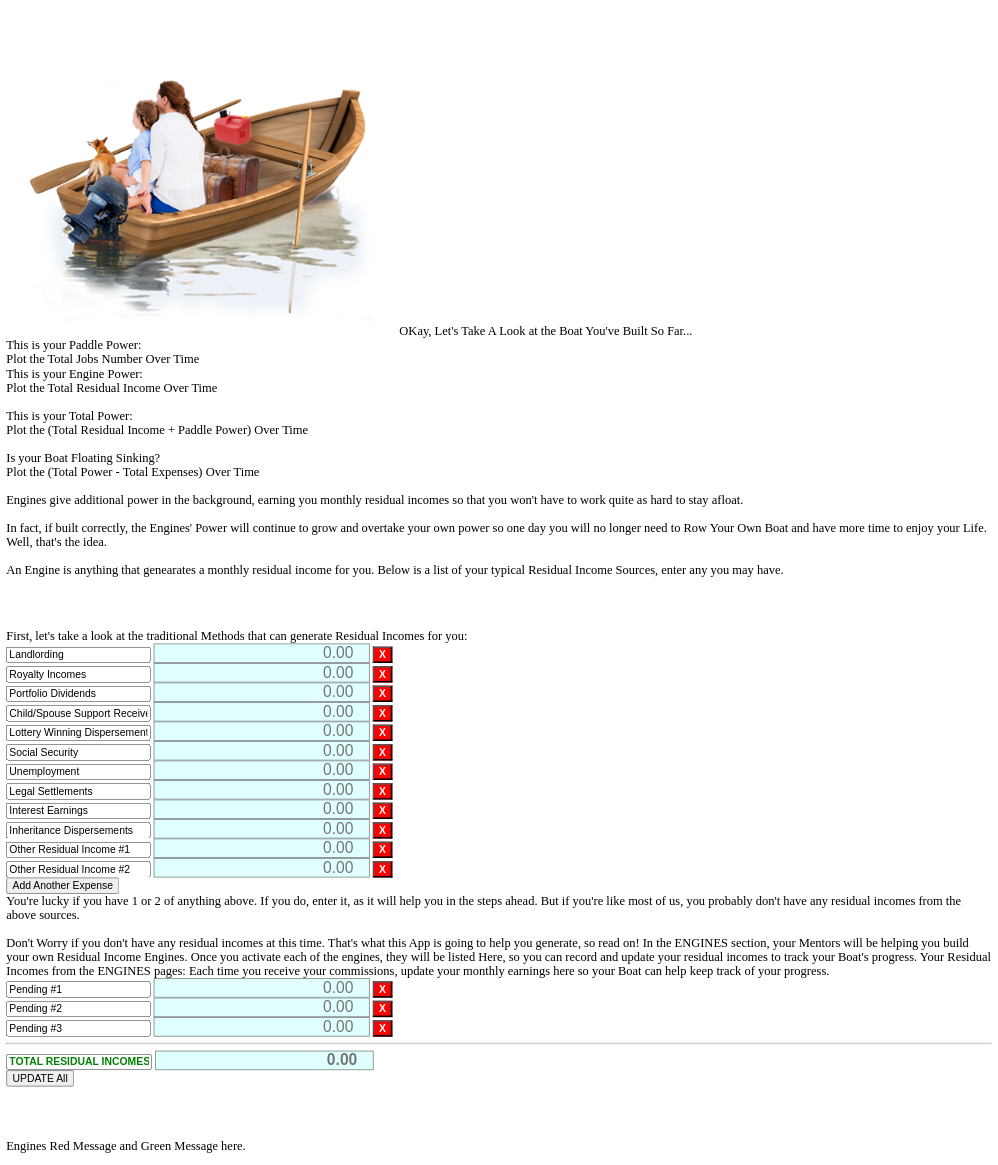
Repository: DevZubair/Danh-App
Page: www/templates/boat-charts.html
The author's editor kept a record of every edit. The page is drawn from the files as they stood at one moment, then again after the next edit.
The browser window is 1280 px wide. The pictures show the whole page, at 78% of full size.

Above is the page before.

After the next edit:
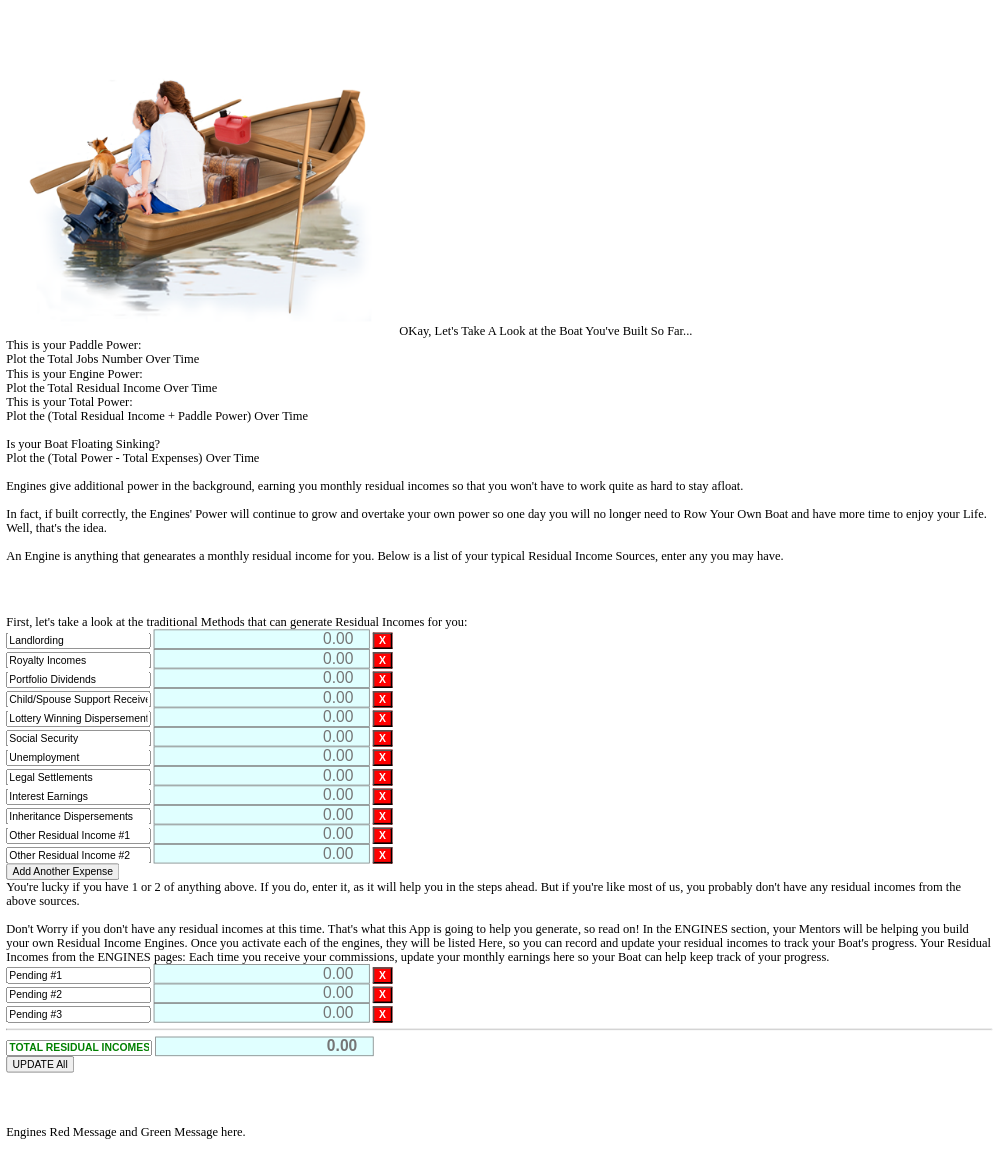
The edit:
--- a/www/templates/boat-charts.html
+++ b/www/templates/boat-charts.html
@@ -26,7 +26,13 @@
       <div class="row">
         <div class="col">
 
-           <span class="subtitle">This is your Engine Power:</span><br>Plot the Total Residual Income Over Time<br><br>
+           <span class="subtitle">This is your Engine Power:</span><br>Plot the Total Residual Income Over Time
+
+        </div>
+      </div>
+
+      <div class="row">
+        <div class="col">
 
            <span class="subtitle">This is your Total Power:</span><br>Plot the (Total Residual Income + Paddle Power) Over Time<br><br>
 
